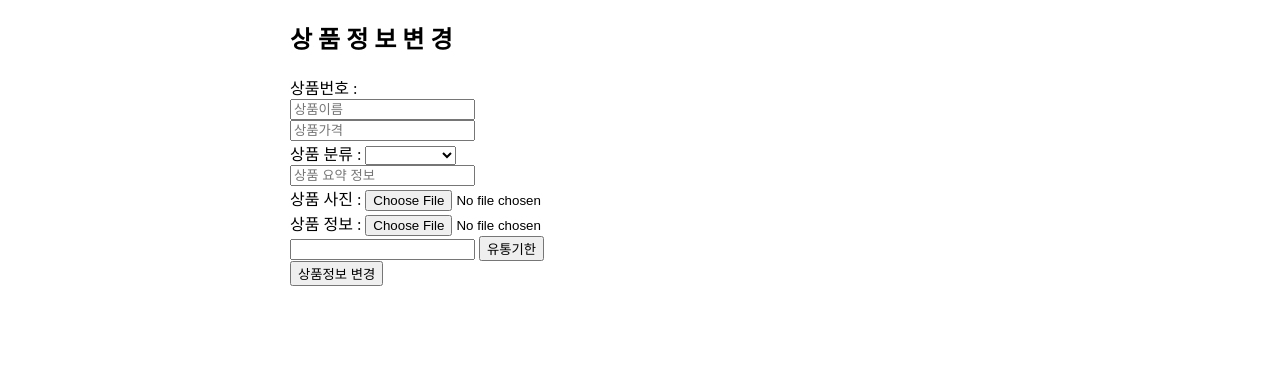
Repository: fellownew/project_workspace
Page: http://localhost/shoppingmall/WEB-INF/view/body/product/product_modify_form.jsp
These files come from the project's save history. The page is drawn as it stood at one moment and after the next save; the edit follows.
The browser window is 1280 px wide. The pictures show the whole page.
The page is served by Tomcat 9. Nobody is signed in. Other server files are loaded and not shown. The template is opened directly, without the code that normally fills it, so the values that code supplies are empty.

Above is the page before, as saved 2015-06-15 01:13:47.

### shoppingmall/WebContent/WEB-INF/view/body/product/product_modify_form.jsp
<%@ page contentType="text/html;charset=UTF-8"%>
<!DOCTYPE html>
<script type="text/javascript" src="${initParam.rootPath }/script/jquery.js"></script>
<script type="text/javascript" src="${initParam.rootPath }/script/date_picker.js"></script>
<script type="text/javascript">
var flag = true;
	$(document).ready(function(){
		$("#modifyBtn").on("click",function(){
			if($("#productId").val()==''  ||
					$("#productPrice").val()==''  ||
					$("#productInfo").val()==''  ||
					$("#expDate").val()=='' ){
					alert("입력정보를 확인하세요");
					return false;
				}
			if(!flag){
				alert("이미지 파일을 확인해주세요");
				return false;
			}
		});

		$("#upfile").on("change",function(){
			var path = $(this).val() ;
			var leng = path.length;
			var txt = path.substr(leng-3,3).toLowerCase() ;
			flag = true;
			if(txt != "jpg" && txt != "peg" && txt != "png" && txt != "gif" && txt != "bmp"){
				alert("jpg, jpeg, png, gif 파일만 등록 가능합니다.");
				flag = false;
			}
		});

		$("#infoUpfile").on("change",function(){
			var path = $(this).val();
			var leng = path.length;
			var txt = path.substr(leng-3,3).toLoserCase();
			flag = true;
			if((txt != "jpg") && (txt != "peg") && (txt != "png") && (txt != "gif") && (txt != "bmp")){
				alert("jpg, jpeg, png, gif 파일만 등록 가능합니다.");
				flag = false;
			}
		});

		$("#default").text(($("#"+$("#default").attr("value")).text()));

	});

</script>
<style>

#modify_form input[type="text"], #modify_form input[type="number"]{
	width: 220;
}
</style>

<div style="width: 700px;margin:0 auto">
<h2> 상 품 정 보 변 경 </h2>
	<div id="modify_form">
	상품번호 : ${requestScope.product.productId }
	<form action="${initParam.rootPath}/auth/modifyProduct.do" method="POST" enctype="multipart/form-data">
		<input type="text" id="productName" name="productName" placeholder="상품이름" value="${requestScope.product.productName }" required="required"/><br>
		<input type="number" id="productPrice" name="productPrice" placeholder="상품가격" value="${requestScope.product.productPrice }" required="required"/><br>
		상품 분류 :
		<select name="category" id="category">
			<option id="default" value="${requestScope.product.category }" selected="selected" disabled="disabled"></option>
			<option id="food" value="food">농/수/축산물</option>
			<option id ="fruit" value="fruit">과일/채소</option>
			<option id ="health" value="health">건강식품</option>
			<option id ="snack" value="snack">간식</option>
		</select><br>
		<input type="text" id="productInfo" name="productInfo" placeholder="상품 요약 정보" required="required" value="${requestScope.product.productInfo }"><br>
		상품 사진 : <input type="file" id="upfile" name="upfile"/><br>
		상품 정보 : <input type="file" id="infoUpfile" name="infoUpfile"/><br>
		<input type="text" id="expDate" name="expDate" required="required" value="${requestScope.product.expDate }">
		<input type="button" value="유통기한" onClick="datePicker(event,'expDate')"><br>
		<input type="hidden" name="productId" value="${requestScope.product.productId }"/>
		<input type="hidden" name="SellerId" value="${sessionScope.loginInfo.sellerId }"/>
		<input type="submit" id="modifyBtn" value="상품정보 변경">
	</form>
	</div>
</div>

### shoppingmall/WebContent/script/date_picker.js
// Calendar Script
// Licence : GPL (http://www.gnu.org/licenses/licenses.html#GPL)
// Update & Download  : http://www.ziwoo.net/zb/view.php?boardid=zb_ziwoo_javascript&uid=129
// This page was last modified on 2011.12.15 (Since 2010.04.11)

//ex1 : datePicker(event, 'targetFieldName');
//ex2 : datePicker(event, 'targetFieldName', 2);
//세번째 인자는 날짜를 입력할 타겟의 필드명이 복수인 경우를 위한 배열키.(기본값:0)

function datePicker(e, elm) {
	currentElement = (arguments[2])?document.getElementsByName(elm)[arguments[2]]:document.getElementsByName(elm)[0];
	var event = e || window.event;

	if(document.getElementById('currentDiv')) {
		document.getElementById("currentDiv").parentNode.removeChild(document.getElementById("currentDiv"));
	}

	if(arguments[0]){
		var eventX = event.clientX;
		var eventY = event.clientY;
		if(eventX>document.body.offsetWidth-182-40) eventX = document.body.offsetWidth-182-40;
		if(eventY>document.body.offsetHeight-158-40) eventY = document.body.offsetHeight-158-40;
		var calDivObj = document.createElement("div");
		calDivObj.setAttribute("id","currentDiv");
		calDivObj.style.width = '182px';
		calDivObj.style.height = '158px';
		calDivObj.style.border = "1px solid #D0D0D0";
		calDivObj.style.position = "absolute";
		calDivObj.style.top = eventY+document.body.scrollTop+10+'px';
		calDivObj.style.left = eventX+10+'px';
		calDivObj.style.zIndex = 100000;
		document.body.appendChild(calDivObj);
		fBuildHtml();
	}
}

function fBuildHtml() {
	var currentDate = new Date();
	var igYear = currentDate.getFullYear();
	var igMonth = currentDate.getMonth() + 1;
	var gMonths = new Array("1","2","3","4","5","6","7","8","9","10","11","12");
	var calHtml = "<table border='0' bgcolor='#C0C0C0'>";
	calHtml += "<tr style='font-size:9pt'>";
	calHtml += "<td valign='middle' align='center'>";
	calHtml += "<input type='button' name='PrevMonth' value='<' style='height:20px; width:20px; font:9pt Fixedsys;' onClick='fPrevMonth()'>";
	calHtml += " <select name='tbSelYear' style='font-size:9pt' onChange='fUpdateCal(tbSelYear.value, tbSelMonth.value)'>";
	for(i=1970;i<2030;i++) calHtml += "<OPTION value='"+i+"'>"+i+"</OPTION>";
	calHtml += "</select>";
	calHtml += " <select name='tbSelMonth' style='font-size:9pt' onChange='fUpdateCal(tbSelYear.value, tbSelMonth.value)'>";
	for (i=0; i<12; i++) calHtml += "<option value='"+(i+1)+"'>"+gMonths[i]+"</option>";
	calHtml += "</select>";
	calHtml += " <input type='button' name='PrevMonth' value='>' style='height:20px; width:20px; font:9pt Fixedsys;' onclick='fNextMonth()'>";
	calHtml += "</td>";
	calHtml += "</tr><tr>";
	calHtml += "<td align='center'>";
	calHtml += "<DIV><table width='100%' border='0' cellspacing='1' cellpadding='2'>";
	calHtml += fDrawCal(igYear,igMonth);
	calHtml += "</table></DIV>";
	calHtml += "</td>";
	calHtml += "</tr>";
	calHtml += "</td></tr>";
	calHtml += "</table>";

	document.getElementById('currentDiv').innerHTML = calHtml;
	fSetYearMon(igYear,igMonth);
}

function fDrawCal(iYear, iMonth) {
	var WeekDay = new Array("Sun","Mon","Tue","Wed","Thu","Fri","Sat");
	var calHtml = "<tr>";
	for(i=0; i<7; i++) calHtml += "<td bgcolor='White' width='20' valign='middle' align='center' style='font:bold 10px Tahoma; color:#C0C0C0;'>" + WeekDay[i] + "</td>";
	calHtml += "</tr>";
	var i = 0;
	for (w = 1; w < 7; w++) {
		calHtml += "<tr>";
		for (d = 0; d < 7; d++) {
			if(w==6 && d==6){
				calHtml += "<td bgcolor='#C0C0C0' width='20' valign='middle' align='center' style='padding:1px 0 0 3px; cursor:pointer;' onClick='datePicker()'>";
				calHtml += "<font color='White' face='Tahoma'>X</font>";
				calHtml += "</td>";
			}else{
				calHtml += "<td bgcolor='White' width='20' valign='middle' align='center' style='font:bold 10px Tahoma; cursor:pointer;' onMouseOver=\"this.bgColor='Pink'\" onMouseOut=\"this.bgColor='White'\" onClick='fSetSelected(this)'>";
				calHtml += "<font id='cellText_"+i+"'></font>";
				calHtml += "</td>";
			}
			i++;
		}
		calHtml += "</tr>";
	}
	return calHtml;
}

function fSetYearMon(iYear, iMon){
	var tbSelYear = document.getElementsByName('tbSelYear')[0];
	var tbSelMonth = document.getElementsByName('tbSelMonth')[0];
	tbSelMonth.options[iMon-1].selected = true;
	for (i = 0; i < tbSelYear.length; i++) if (tbSelYear.options[i].value == iYear) tbSelYear.options[i].selected = true;
	fUpdateCal(iYear, iMon);
}

function fPrevMonth(){
	var iMon = document.getElementsByName('tbSelMonth')[0].value;
	var iYear = document.getElementsByName('tbSelYear')[0].value;
	if (--iMon<1) {
		iMon = 12;
		iYear--;
	}
	fSetYearMon(iYear, iMon);
}

function fNextMonth(){
	var iMon = document.getElementsByName('tbSelMonth')[0].value;
	var iYear = document.getElementsByName('tbSelYear')[0].value;
	if (++iMon>12) {
		iMon = 1;
		iYear++;
	}
	fSetYearMon(iYear, iMon);
}

function fUpdateCal(iYear, iMonth) {
	myMonth = fBuildCal(iYear, iMonth);
	var currentDate = new Date();
	var igYear = currentDate.getFullYear();
	var igMonth = currentDate.getMonth() + 1;
	var igDate = currentDate.getDate();
	var i = 0;
	for (w = 0; w < 6; w++) for (d = 0; d < 7; d++) if(w!=5 || d!=6) {
		with (document.getElementById('cellText_'+parseInt((7*w)+d))) {
			if (myMonth[w+1][d]<0) {
				color = "#808080";
				innerHTML = -myMonth[w+1][d];
			}else{
				if(d==0) color = "red";
				else if(d==6) color = "blue";
				else color = "black";
				innerHTML = myMonth[w+1][d];
				if(iYear==igYear && iMonth==igMonth && innerHTML==igDate){
					parentNode.style.backgroundColor='#D8FF00';
				}else{
					parentNode.style.backgroundColor='';
				}
			}
		}
	}
}

function fBuildCal(iYear, iMonth) {
	var aMonth=new Array();
	for(i=1;i<7;i++) aMonth[i]=new Array(i);
	var dCalDate=new Date(iYear, iMonth-1, 1);
	var iDayOfFirst=dCalDate.getDay();
	var iDaysInMonth=new Date(iYear, iMonth, 0).getDate();
	var iOffsetLast=new Date(iYear, iMonth-1, 0).getDate()-iDayOfFirst+1;
	var iDate = 1;
	var iNext = 1;
	for (d = 0; d < 7; d++) aMonth[1][d] = (d<iDayOfFirst)?-(iOffsetLast+d):iDate++;
	for (w = 2; w < 7; w++) for (d = 0; d < 7; d++) if(w!=6 || d!=6) aMonth[w][d] = (iDate<=iDaysInMonth)?iDate++:-(iNext++);
	return aMonth;
}

function fSetSelected(aCell){
	var tbSelYear = document.getElementsByName('tbSelYear')[0];
	var tbSelMonth = document.getElementsByName('tbSelMonth')[0];
	var iOffset = 0;
	var iYear = parseInt(tbSelYear.value);
	var iMonth = parseInt(tbSelMonth.value);
	with (aCell.firstChild){
		var iDay = parseInt(innerHTML);
		if(aCell.parentNode.rowIndex<2 && iDay>15) iMonth--;
		if(aCell.parentNode.rowIndex>4 && iDay<15) iMonth++;
		if (iMonth<1) {
			iYear--;
			iMonth = 12;
		}else if (iMonth>12){
			iYear++;
			iMonth = 1;
		}
	}
	currentElement.value = iYear+"-"+(parseInt(iMonth+100).toString().substring(1,3))+"-"+(parseInt(iDay+100)).toString().substring(1,3);
	document.getElementById("currentDiv").parentNode.removeChild(document.getElementById("currentDiv"));
}

Loaded but not shown: shoppingmall/WebContent/script/jquery.js (library)

After the next save:
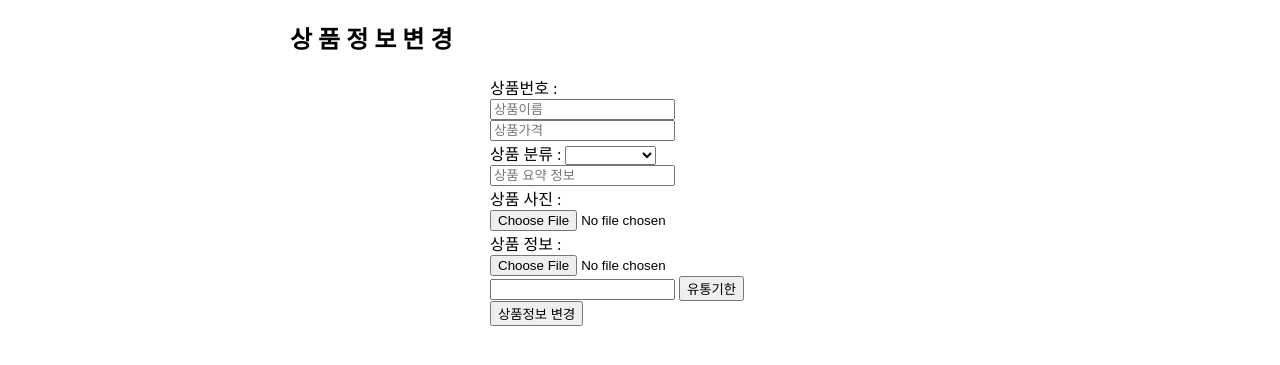
Saved 39 s later.
--- a/shoppingmall/WebContent/WEB-INF/view/body/product/product_modify_form.jsp
+++ b/shoppingmall/WebContent/WEB-INF/view/body/product/product_modify_form.jsp
@@ -47,7 +47,11 @@ var flag = true;
 
 </script>
 <style>
-
+#modify_form{
+width:300px;
+margin:0 auto;
+text-align: left
+}
 #modify_form input[type="text"], #modify_form input[type="number"]{
 	width: 220;
 }
